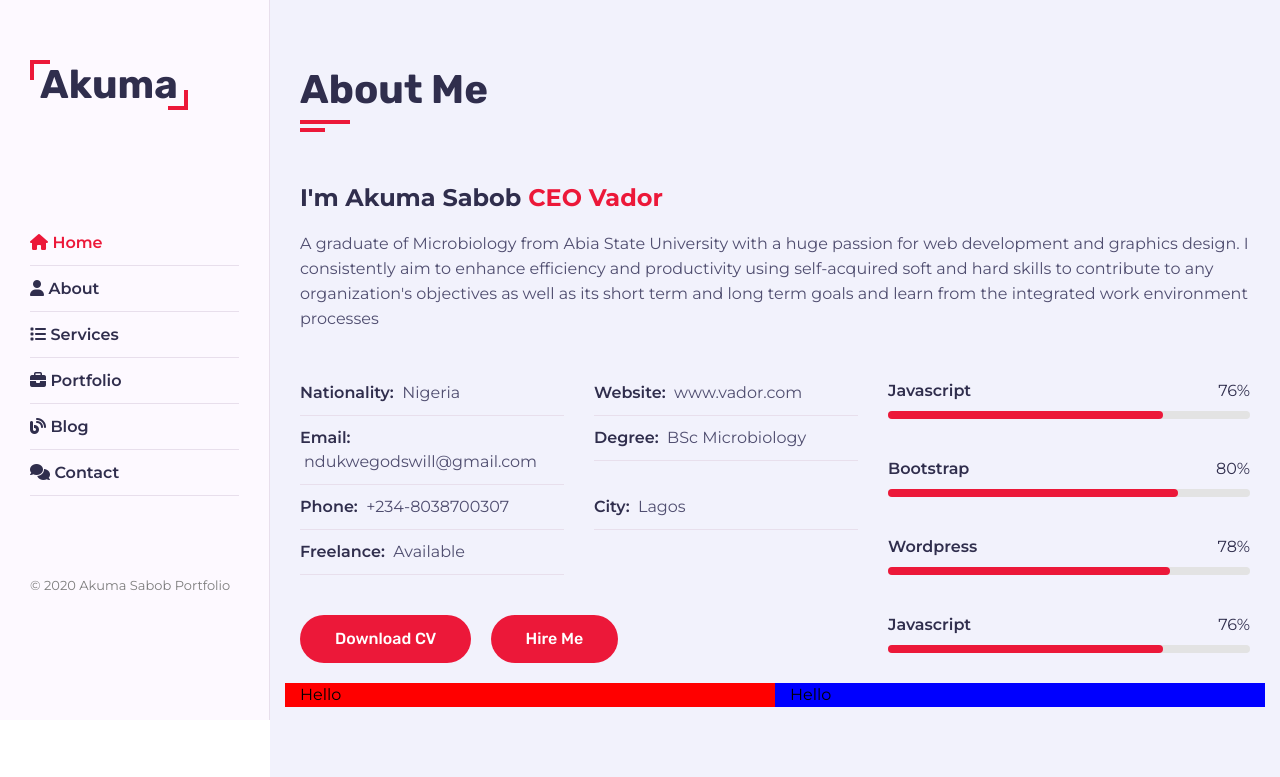
Repository: Akuma001/MY-Portfolio
Page: index.html
These files come from the project's save history. The page is drawn as it stood at one moment and after the next save; the edit follows.
The browser window is 1280 px wide. The pictures show the whole page.
Some web libraries are served in a nearby version.

Above is the page before, as saved 2020-12-13 21:27:45.

### index.html
<!DOCTYPE html>
<html lang="en">
<head>
  <title>Akuma Sabob</title>
  <meta charset="utf-8">
  <meta name="viewport" content="width=device-width, initial-scale=1">
   <!-- Template css Files -->
	<link rel="stylesheet" href="./css/style.css" type="text/css">
  <link rel="stylesheet" href="./css/skins/pink.css" type="text/css">
  <!-------Favcon icon-------->
  <link href="./images/favicon.ico" rel="icon" type="image/x-icon" />
  <!------------Font-Awesome---------------->
  <script src="https://kit.fontawesome.com/bd6f97032f.js" crossorigin="anonymous"></script>
</head>
<body>
<!-----------Main------------->
<div class="main-container">
<!-----------Side------------->
  <div class="aside">
    <div class="logo">
      <a href="#">Akuma</a>
    </div>

     <!----------Nav toggler---------->
     <div class="nav-toggler">
       <span></span>
     </div>
     <!----------Nav toggler---------->

    <!----------Nav Bar---------->
    <ul class="nav">
      <li><a href="#" class="active"><i class="fa fa-home"></i> Home</a></li>
      <li><a href="#"><i class="fa fa-user"></i> About</a></li>
      <li><a href="#"><i class="fa fa-list"></i> Services</a></li>
      <li><a href="#"><i class="fa fa-briefcase"></i> Portfolio</a></li>
      <li><a href="#"><i class="fas fa-blog"></i> Blog</a></li>
      <li><a href="#"><i class="fa fa-comments"></i> Contact</a></li>
    </ul>
    <div class="copyright-text">
      &copy; 2020 Akuma Sabob Portfolio
    </div>

  </div>
<!-----------Side End------------->

<!-----------Main content------------->
  <div class="main-content">

    <section class="home section hidden">
      <div class="container">
        <div class="intro">
          <img src="./images/profile.jpg" alt="Profile" class="shadow-dark">
          <h1>Akuma Sabob</h1>
          <p>I'm a web-developer <br> I'm graphics designer</p>
          <div class="social-link">
            <a href="#"><i class="fa fa-twitter"></i></a>
            <a href="#"><i class="fa fa-instagram"></i></a>
            <a href="#"><i class="fa fa-linkedin"></i></a>
            <a href="#"><i class="fas fa-code-branch"></i></a>
          </div>
        </div>
      </div>
    </section>

    <!-----------About------------->

      <section class="about section">
        <div class="container">
          <div class="row">
            <div class="section-title padd-15">
              <h2>About Me</h2>
            </div>
          </div>
          <div class="row">
            <div class="about-content padd-15">
              <div class="row">
                <div class="about-text padd-15">
                  <h3>I'm Akuma Sabob <span> CEO Vador </span></h3>
                  <p>A graduate of Microbiology from Abia State University with a huge
                    passion for web development and graphics design. I consistently aim
                    to enhance efficiency and productivity using self-acquired soft and
                    hard skills to contribute to any organization's objectives as well as its
                    short term and long term goals and learn from the integrated work
                    environment processes</p>
                </div>
              </div>
              <div class="row">
                <div class="personal-info padd-15">
                  <div class="row">
                    <div class="info-item padd-15">
                      <p>Nationality: <span>Nigeria</span></p>
                    </div>
                    <div class="info-item padd-15">
                      <p>Website: <span>www.vador.com</span></p>
                    </div>
                    <div class="info-item padd-15">
                      <p>Email: <span>ndukwegodswill@gmail.com</span></p>
                    </div>
                    <div class="info-item padd-15">
                      <p>Degree: <span>BSc Microbiology</span></p>
                    </div>
                    <div class="info-item padd-15">
                      <p>Phone: <span>+234-8038700307</span></p>
                    </div>
                    <div class="info-item padd-15">
                      <p>City: <span>Lagos</span></p>
                    </div>
                    <div class="info-item padd-15">
                      <p>Freelance: <span>Available</span></p>
                    </div>
                  </div>
                  <div class="row">
                    <div class="buttons padd-15">
                      <a href="#" class="btn">Download CV</a>
                      <a href="#" class="btn">Hire Me</a>
                    </div>
                  </div>
                </div>
                <div class="skills padd-15">
                  <div class="row">
                    <div class="skill-item padd-15">
                      <h5>Javascript</h5>
                      <div class="progress">
                        <div class="progress-in" style="width: 76%;"></div>
                        <div class="skill-percent">76%</div>
                      </div>
                    </div>
                    <div class="skill-item padd-15">
                      <h5>Bootstrap</h5>
                      <div class="progress">
                        <div class="progress-in" style="width: 80%;"></div>
                        <div class="skill-percent">80%</div>
                      </div>
                    </div>
                    <div class="skill-item padd-15">
                      <h5>Wordpress</h5>
                      <div class="progress">
                        <div class="progress-in" style="width: 78%;"></div>
                        <div class="skill-percent">78%</div>
                      </div>
                    </div>
                    <div class="skill-item padd-15">
                      <h5>Javascript</h5>
                      <div class="progress">
                        <div class="progress-in" style="width: 76%;"></div>
                        <div class="skill-percent">76%</div>
                      </div>
                    </div>
                  </div>
                </div>
              </div>

              <div class="row">
                <div class="education padd-15">
                  Hello
                </div>
                <div class="experience padd-15">
                  Hello
                </div>
              </div>
            </div>
          </div>
        </div>
      </section>

    <!-----------About End------------->
  </div>
<!-----------Main content End------------->
</div>
<!-----------Main------------->
</body>
</html>

### css/style.css

 /*Font Awesome Free Icon*/
 @import url("https://stackpath.bootstrapcdn.com/font-awesome/4.7.0/css/font-awesome.min.css");
 /*Google fonts*/
 @import url('https://fonts.googleapis.com/css?family=Montserrat:400,500,600,700&display=swap');
 @import url('https://fonts.googleapis.com/css?family=Rubik:500,700,900&display=swap');


body{
    margin: 0;
    line-height: 1.5;
    font-size: 16px;
    font-family: 'Montserrat', sans-serif;
    font-weight: 400;
}
*{
    margin: 0;
    padding: 0;
    outline: none;
    text-decoration: none;
    box-sizing: border-box;
}
::before, ::after{
    box-sizing: border-box;
}

.section{
    background-color: #f2f2fc;
    min-height: 100vh;
    display: block;
    padding: 0 30px;
}
.section .container{
    padding-top: 60px;
    padding-bottom: 70px;
}
.section-title{
    -ms-flex: 0 0 100%;
    flex: 0 0 100%;
    max-width: 100%;
    margin-bottom: 60px;
}
.section-title h2{
    font-size: 40px;
    color: #302e4d;
    font-family: 'Rubik', sans-serif;
    font-weight: 700;
    margin: 0;
    position: relative;
}
.section-title h2::before{
    content: '';
    height: 4px;
    width: 50px;
    position: absolute;
    top: 100%;
    left: 0;
}
.section-title h2::after{
    content: '';
    height: 4px;
    width: 25px;
    position: absolute;
    top: 100%;
    left: 0;
    margin-top: 8px;
}
.row{
    display: -ms-flexbox;
    display: flex;
    -ms-flex-wrap: wrap;
    flex-wrap: wrap;
    margin-right: -15px;
    margin-left: -15px;
    position: relative;
}
.padd-15{
    padding-left: 15px;
    padding-right: 15px;
}
.main-content{
    padding-left: 270px;
}

.container{
    max-width: 1100px;
    width: 100%;
    margin: auto;
}
.shadow-dark{
    -webkit-box-shadow: 0 0 20px rgba(48, 46, 77, 0.15);
    box-shadow: 0 0 20px rgba(48, 46, 77, 0.15);
}
.btn{
    font-size: 16px;
    font-family: 'Rubik', sans-serif;
    font-weight: 500;
    padding: 12px 35px;
    color: #ffffff;
    border-radius: 40px;
    -webkit-transition: all 0.3s ease;
    transition: all 0.3s ease;
    display: inline-block;
    white-space: nowrap;
}
.btn:hover{
    -webkit-transform: scale(1.05);
    transform: scale(1.05);
}
.hidden{
    display: none !important;
}

 /*    aside  */
 .aside{
     width: 270px;
     background-color: #fdf9ff;
     position: fixed;
     height: 100%;
     left: 0;
     top: 0;
     z-index: 10;
     border-right: 1px solid #e8dfec;
     padding: 30px;
 }


 .aside .logo{
    padding: 30px 0;
 }
 .aside .logo a{
     font-size: 40px;
     color: #302e4d;
     font-family: 'Rubik', sans-serif;
     font-weight: 700;
     text-decoration: none;
     display: inline-block;
     position: relative;
     padding: 0 10px;
     line-height: 50px;
 }
 .aside .logo a::before{
     content: '';
     height: 20px;
     width: 20px;
     position: absolute;
     top: 0;
     left: 0;
 }
 .aside .logo a::after{
    content: '';
    height: 20px;
    width: 20px;
    position: absolute;
    bottom: 0;
    right: 0;
 }
 .aside .nav-toggler{
     height: 40px;
     width: 45px;
     border: 1px solid #d4d4e3;
     cursor: pointer;
     position: fixed;
     left: 300px;
     top: 30px;
     z-index: 11;
     border-radius: 5px;
     background-color: #fdf9ff;
     /*
     display: -ms-flexbox;
     display: flex;
     */
     display: none;
     -ms-flex-align: center;
     align-items: center;
     -ms-flex-pack: center;
     justify-content: center;
 }
 .aside .nav-toggler span{
    height: 2px;
    width: 18px;
    display: inline-block;
    position: relative;
 }
 .aside .nav-toggler span::before{
     content: '';
     height: 2px;
     width: 18px;
     position: absolute;
     top: -6px;
     left: 0;
 }
 .aside .nav-toggler span::after{
    content: '';
    height: 2px;
    width: 18px;
    position: absolute;
    top: 6px;
    left: 0;
}
 .aside .nav{
    list-style: none;
     margin: 80px 0;
     padding: 0;
 }
 .aside .nav li{
     display: block;
 }
 .aside .nav li a{
     font-size: 16px;
     font-weight: 600;
     color: #302e4d;
     text-decoration: none;
     line-height: 45px;
     display: block;
     border-bottom: 1px solid #e8dfec;
     -webkit-transition: all 0.3s ease;
     transition: all 0.3s ease;
     text-transform: capitalize;
 }
 .aside .nav li a:not(.active):hover{
     padding-left: 5px;
 }
 .aside .nav li a fa{
     margin-right: 5px;
 }
 .aside .copyright-text{
    font-size: 13px;
    color: #7d7d7d;
 }

 /*    Home      */

 .home{
     min-height: 100vh;
     display: -ms-flexbox;
     display: flex;
 }

 .home .intro{
     text-align: center;
 }

 .home .intro img{
     height: 200px;
     width: 200px;
     border-radius: 50%;
     display: inline-block;
     border: 8px solid #ffffff;
 }

 .home .intro h1{
     font-size: 30px;
     color: #302e4d;
     font-family: 'Rubik', sans-serif;
     font-weight: 700;
     margin: 20px 0 5px;
 }
 .home .intro p{
     font-size: 16px;
     font-weight: 500;
     margin: 0%;
     line-height: 22px;
     color: #504e70;
 }

 .home .intro .social-link{
     margin-top: 25px;
 }

 .home .intro .social-link a{
     height: 35px;
     width: 35px;
     display: inline-block;
     text-align: center;
     line-height: 35px;
     color: #ffffff;
     margin: 0 4px;
     border-radius: 50%;
     text-decoration: none;
     -webkit-transition: all 0.3s ease;
     transition: all 0.3s ease;
 }

 .home .intro .social-link a:hover{
    -webkit-transform: scale(1.1);
    transform: scale(1.1);
 }


 /*      About Section     */

.about .about-content{
    -ms-flex: 0 0 100%;
    flex: 0 0 100%;
    max-width: 100%;
}
.about .about-content .about-text{
    -ms-flex: 0 0 100%;
    flex: 0 0 100%;
    max-width: 100%;
}
.about .about-content .about-text h3{
    font-size: 24px;
    margin-bottom: 15px;
    font-weight: 700;
    color: #302e4d;
}
.about .about-content .about-text p{
    font-size: 16px;
    line-height: 25px;
    color: #504e70;
    margin: 0;
}

.about .about-content .personal-info{
    /* background-color: red; */
    -ms-flex: 0 0 60%;
    flex: 0 0 60%;
    max-width: 60%;
    margin-top: 40px;
}
.about .about-content .personal-info .info-item{
    -ms-flex: 0 0 50%;
    flex: 0 0 50%;
    max-width: 50%;
}
.about .about-content .personal-info .info-item p{
    font-weight: 600;
    padding: 10px 0;
    font-size: 16px;
    color: #302e4d;
    margin: 0;
    border-bottom: 1px solid #e8dfec;

}
.about .about-content .personal-info .info-item p span{
    font-weight: 400;
    color: #504e70;
    margin-left: 4px;
    display: inline-block;
}
.about .about-content .personal-info .buttons{
    margin-top: 30px;
}
.about .about-content .personal-info .buttons .btn{
    margin-right: 15px;
    margin-top: 10px;
}
.about .about-content .skills{
    /* background-color: blue; */
    -ms-flex: 0 0 40%;
    flex: 0 0 40%;
    max-width: 40%;
    margin-top: 40px;
}

.about .about-content .skills .skill-item{
    -ms-flex: 0 0 100%;
    flex: 0 0 100%;
    max-width: 100%;
}

.about .about-content .skills .skill-item h5{
    line-height: 40px;
    font-weight: 600;
    font-size: 16px;
    color: #302e4d;
    text-transform: capitalize;
    margin: 0;
}
.about .about-content .skills .skill-item .progress{
    background-color: #e3e3e3;
    height: 8px;
    border-radius: 4px;
    width: 100%;
    position: relative;
}
.about .about-content .skills .skill-item{
    margin-bottom: 30px;
}
.about .about-content .skills .skill-item .progress .progress-in{
    position: absolute;
    left: 0;
    top: 0;
    height: 100%;
    border-radius: 4px;
}
.about .about-content .skills .skill-item .skill-percent{
    /* display: none; */
    line-height: 40px;
    position: absolute;
    right: 0;
    color: #302e4d;
    top: -40px;
    font-weight: 400;
}

.about .about-content .education{
    background-color: red;
    -ms-flex: 0 0 50%;
    flex: 0 0 50%;
    max-width: 50%;
}
.about .about-content .experience{
    background-color: blue;
    -ms-flex: 0 0 50%;
    flex: 0 0 50%;
    max-width: 50%;
}

### css/skins/pink.css
.aside .logo a::before{
    border-top: 4px solid #ec1839;
    border-left: 4px solid #ec1839;
}

.aside .logo a::after{
    border-right: 4px solid #ec1839;
    border-bottom: 4px solid #ec1839;
}

.about .about-content .about-text h3 span,
.aside .nav li a:hover,
.aside .nav li a.active{
    color: #ec1839;
}

.about .about-content .skills .skill-item .progress .progress-in,
.btn,
.section-title h2::after,
.section-title h2::before,
.aside .nav-toggler span,
.aside .nav-toggler span::before,
.aside .nav-toggler span::after,
.home .intro .social-link a{
    background-color: #ec1839;
}

After the next save:
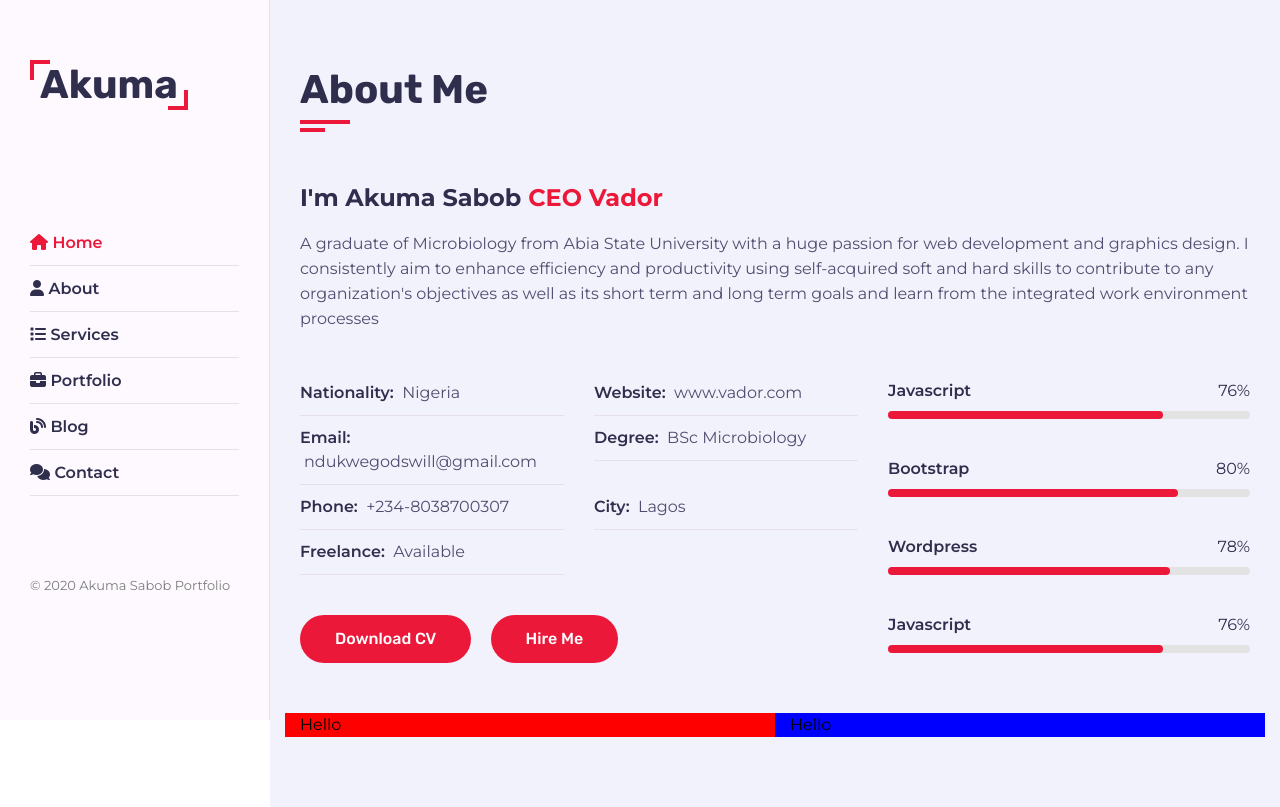
Saved 46 s later.
--- a/css/style.css
+++ b/css/style.css
@@ -401,10 +401,12 @@ body{
     -ms-flex: 0 0 50%;
     flex: 0 0 50%;
     max-width: 50%;
+    margin-top: 30px;
 }
 .about .about-content .experience{
     background-color: blue;
     -ms-flex: 0 0 50%;
     flex: 0 0 50%;
     max-width: 50%;
-}
+    margin-top: 30px;
+}
